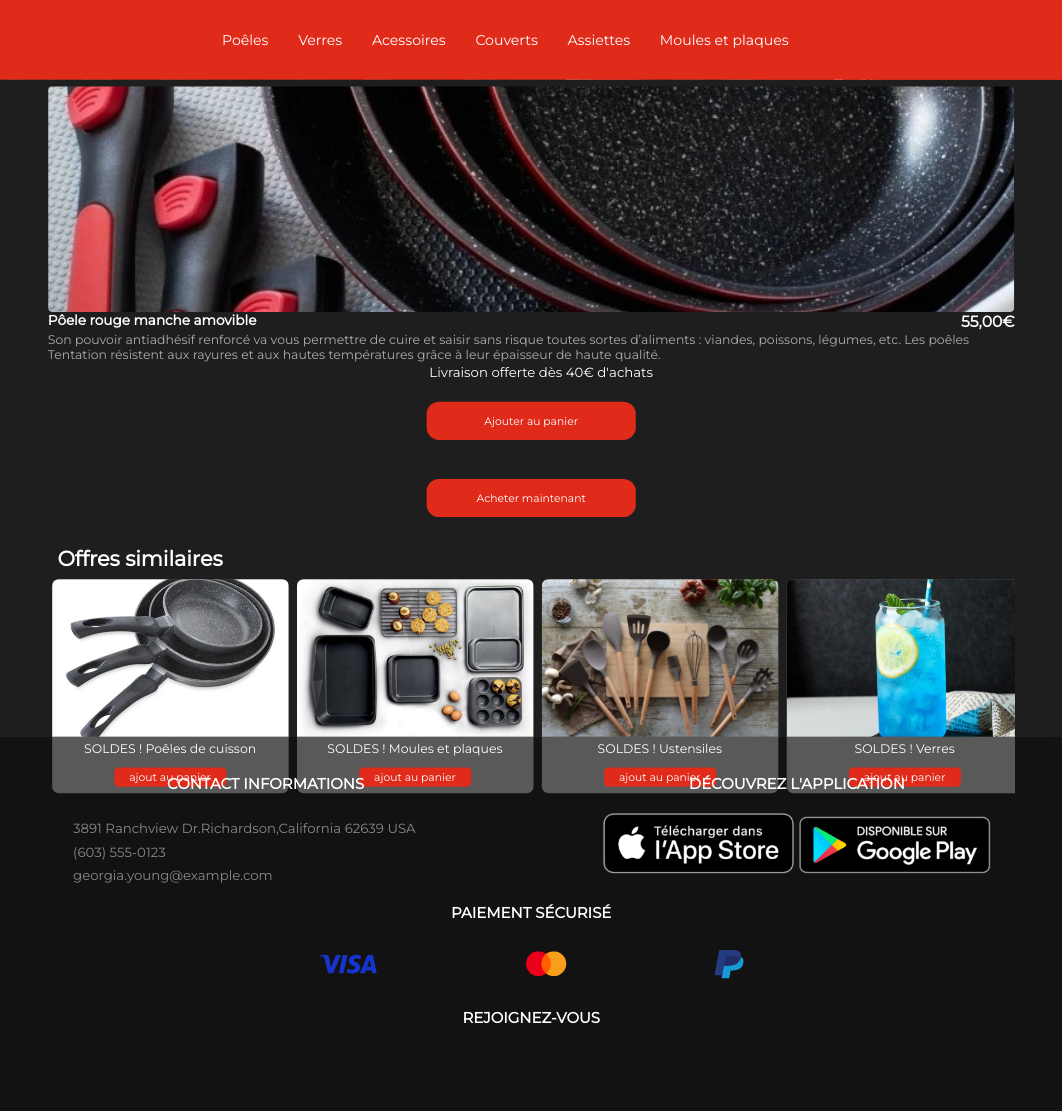
Repository: Juannpl/Luxury-Kicthen
Page: html/page_produits.html
These files come from the project's save history. The page is drawn as it stood at one moment and after a run of saves; the edit follows.
The browser window is 1280 px wide. The pictures show the whole page, at 83% of full size.
Some icons come from a web library that is not loaded, so they are not drawn.

Above is the page before, as saved 2023-02-15 15:26:02.

### html/page_produits.html
<!DOCTYPE html>
<html lang="fr">

<head>
    <meta charset="UTF-8">
    <meta http-equiv="X-UA-Compatible" content="IE=edge">
    <meta name="viewport" content="width=device-width, initial-scale=1.0">

    <link rel="stylesheet" href="../css/page_produits.css">
    <script src="https://unpkg.com/boxicons@2.1.4/dist/boxicons.js"></script>

    <title>Mon Panier</title>
</head>

<body>
    <header class="header">
        <nav class="nav_container row">
            <div class="logo">
                <p>LUXURY KITCHEN</p>
                <box-icon name='chevron-left' type='solid' color='#ffffff' size></box-icon>
            </div>
            <div class="barre_categorie">
                <ul class="row">
                    <li><a href="#">Poêles</a></li>
                    <li><a href="#">Verres</a></li>
                    <li><a href="#">Acessoires</a></li>
                    <li><a href="#">Couverts</a></li>
                    <li><a href="#">Assiettes</a></li>
                    <li><a href="#">Moules et plaques</a></li>
                </ul>
            </div>
            <div class="nav_list">
                <ul class="row">
                    <li class="items_list">
                        <box-icon name='shopping-bag' color='#ffffff' size='1.7rem'></box-icon>
                    </li>
                    <li class="items_list">
                        <box-icon name='user-circle' type='solid' color='#ffffff' size='1.7rem'></box-icon>
                    </li>
                    <a id="openBtn">
                        <li class="items_list">
                            <box-icon name='menu' color='#ffffff' size=2.2rem></box-icon>
                        </li>
                    </a>
                </ul>
            </div>
        </nav>
        <div id="transparent"></div>
        <section id="barre_categorie_mobile">
            <div id="closeBtn">
                <box-icon name='x' color='#ffffff' size='3rem'></box-icon>
            </div>
            <div class="nav_contents row">
                <div>
                    <ul class="row">
                        <li><a href="#">Poêles</a></li>
                        <li><a href="#">Verres</a></li>
                        <li><a href="#">Acessoires</a></li>
                        <li><a href="#">Couverts</a></li>
                        <li><a href="#">Assiettes</a></li>
                        <li><a href="#">Moules et plaques</a></li>
                    </ul>
                </div>
                <div>
                    <p class="opacityy">
                        Devenez membre pour accéder au meilleur des produits.
                    </p>
                </div>
                <div>
                    <button type="button" class="btn-black">Nous rejoindre</button>
                </div>
                <div>
                    <button type="button" class="btn-clear">S'identifier</button>
                </div>
                <div class="items">
                    <div class="roww">
                        <box-icon name='shopping-bag' color='#ffffff' size='1.7rem'></box-icon>
                        <p>Panier</p>
                    </div>
                    <div class="roww">
                        <box-icon type='solid' name='package' color='#ffffff' size='1.7rem'></box-icon>
                        <p>Commande</p>
                    </div>
                    <div class="roww">
                        <box-icon name='user-circle' type='solid' color='#ffffff' size='1.7rem'></box-icon>
                        <p>Mon profil</p>
                    </div>
                </div>
                <div class="reseaux row">
                    <div class="sociaux">
                        <box-icon name='facebook-circle' type='logo' color='#ffffff'></box-icon>
                    </div>
                    <div class="sociaux">
                        <box-icon name='twitter' type='logo' color='#ffffff'></box-icon>
                    </div>
                    <div class="sociaux">
                        <box-icon name='instagram-alt' type='logo' color='#ffffff'></box-icon>
                    </div>
                </div>
            </div>
        </section>
        <!-- FIN DDE LA BARRE DE NAVIGATION MOBILE-->
    </header>
    <main>
        <section class="tout">
            <div class="picture"><img src="../img/poêle/poele1.webp" alt="POÊLE"></div>
            <div class="texte">
                <div class="nom_du_produit">
                    <h3>Pôele rouge manche amovible</h3>
                </div>
                <div class="price">
                    <h3>55,00€</h3>
                </div>
                <div class="descriptif opacityy">
                    Son pouvoir antiadhésif renforcé va vous permettre de cuire et saisir sans risque toutes sortes
                    d’aliments : viandes, poissons, légumes, etc. Les poêles Tentation résistent aux rayures et aux
                    hautes
                    températures grâce à leur épaisseur de haute qualité.
                </div>
            </div>
            <div class="buy">
                <div class="sentence">
                    <box-icon type='solid' name='truck' color="white"></box-icon>
                    <p>Livraison offerte dès 40€ d'achats</p>
                </div>
                <button class="unique">
                    <p>Ajouter au panier</p>
                </button>
                <button class="unique">
                    <p>Acheter maintenant</p>
                </button>
            </div>
            <div class="swipe">
                <div class="titre">
                    <h1>
                        Offres similaires
                    </h1>
                </div>
                <div class="containeer">
                    <div class="card">
                        <div class="controlee">
                            <img src="../img/poêle/poele10.webp" alt="poele" class="top_img">
                        </div>
                        <div class="descr_panier_top">
                            <div class="text_panier">
                                <p>SOLDES ! Poêles de cuisson</p>
                            </div>
                            <div class="panier_prix">
                                <div class="ajout_panier">
                                    <form action="#">
                                        <a href="#"><button type="submit">
                                                <p class="p_botton">ajout au panier</p>
                                            </button></a>
                                    </form>
                                </div>
                            </div>
                        </div>
                    </div>
                    <div class="card">
                        <div class="controlee">
                            <img src="../img/moules/moule1.jpg" alt="poele" class="top_img">
                        </div>
                        <div class="descr_panier_top">
                            <div class="text_panier">
                                <p>SOLDES ! Moules et plaques</p>
                            </div>
                            <div class="panier_prix">
                                <div class="ajout_panier">
                                    <form action="#">
                                        <a href="#">
                                            <button type="submit">
                                                <p class="p_botton">ajout au panier</p>
                                            </button>
                                        </a>
                                    </form>
                                </div>
                            </div>
                        </div>
                    </div>
                    <div class="card">
                        <div class="controlee">
                            <img src="../img/accessoire/accessoire2.webp" alt="poele" class="top_img">
                        </div>
                        <div class="descr_panier_top">
                            <div class="text_panier">
                                <p>SOLDES ! Ustensiles</p>
                            </div>
                            <div class="panier_prix">
                                <div class="ajout_panier">
                                    <form action="#">
                                        <a href="#">
                                            <button type="submit">
                                                <p class="p_botton">ajout au panier</p>
                                            </button>
                                        </a>
                                    </form>
                                </div>
                            </div>
                        </div>
                    </div>
                    <div class="card">
                        <div class="controlee">
                            <img src="../img/verres/verre10.jpg" alt="verre" class="top_img">
                        </div>
                        <div class="descr_panier_top">
                            <div class="text_panier">
                                <p>SOLDES ! Verres</p>
                            </div>
                            <div class="panier_prix">
                                <div class="ajout_panier">
                                    <form action="#">
                                        <a href="#">
                                            <button type="submit">
                                                <p class="p_botton">ajout au panier</p>
                                            </button>
                                        </a>
                                    </form>
                                </div>
                            </div>
                        </div>
                    </div>
                    <div class="card">
                        <div class="controlee">
                            <img src="../img/couverts/couvert1.png" alt="poele" class="top_img">
                        </div>
                        <div class="descr_panier_top">
                            <div class="text_panier">
                                <p>SOLDES ! Couverts</p>
                            </div>
                            <div class="panier_prix">
                                <div class="ajout_panier">
                                    <form action="#">
                                        <a href="#"><button type="submit">
                                                <p class="p_botton">ajout au panier</p>
                                            </button></a>
                                    </form>
                                </div>
                            </div>
                        </div>
                    </div>
                </div>
            </div>
        </section>
    </main>
    <footer>
        <div class="container-footer">
            <div class="container-footer-tablet">
                <div class="contact-infos">
                    <h3>CONTACT INFORMATIONS</h3>
                    <p>
                        <box-icon name='been-here' type='solid' color='#ffffff'></box-icon>3891 Ranchview
                        Dr.Richardson,California 62639 USA
                    </p>
                    <p>
                        <box-icon type='solid' name='phone' color='#ffffff'></box-icon>(603) 555-0123
                    </p>
                    <p>
                        <box-icon type='solid' name='envelope' color='#ffffff'></box-icon>georgia.young@example.com
                    </p>
                </div>
                <div class="download">
                    <h3>DÉCOUVREZ L'APPLICATION</h3>
                    <a href=""><img src="../img/footer/App-Store-picto-300x94.png" class="picto" id="apple"
                            alt="Le pictogramme de l'apple store"></a>
                    <a href=""><img src="../img/footer/Google-Play-picto-300x89.png" class="picto"
                            alt="Le pictogramme de google play"></a>
                </div>
            </div>
            <div class="paiement">
                <h3>PAIEMENT SÉCURISÉ</h3>
                <div class="logos-paiement">
                    <img src="../img/footer/Visa_2021.svg" class="logos" id="visa" alt="Le logo de visa">
                    <img src="../img/footer/Mastercard_2019_logo.svg" class="logos" id="mastercard"
                        alt="Le logo de mastercard">
                    <img src="../img/footer/PayPal_Logo_Icon_2014.svg" class="logos" id="paypal"
                        alt="Le logo de paypal ">
                </div>
            </div>
            <div class="social-media">
                <h3>REJOIGNEZ-VOUS</h3>
                <box-icon name='facebook-circle' type='logo' color='#ff0800'></box-icon>
                <box-icon name='twitter' type='logo' color='#ff0800'></box-icon>
                <box-icon name='instagram-alt' type='logo' color='#ff0800'></box-icon>
            </div>
        </div>
    </footer>
    <script src="../script.js"></script>
</body>

</html>

Loaded but not shown: script.js (19 lines, source omitted); css/page_produits.css (571 lines, source omitted)

After the next 3 saves:
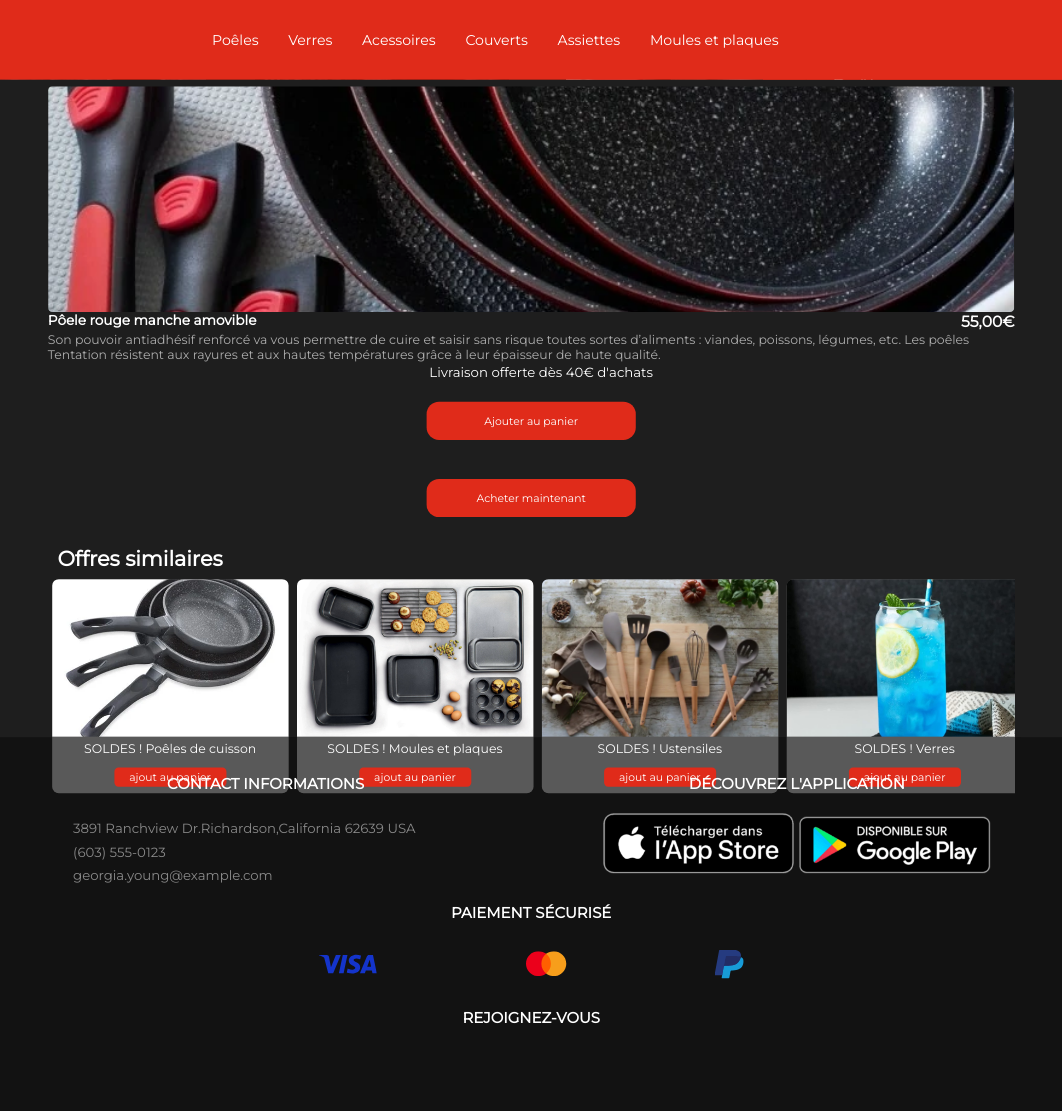
The 3 saves are shown as one change because they came seconds apart.
The last was saved 7 s later.
--- a/html/page_produits.html
+++ b/html/page_produits.html
@@ -17,7 +17,7 @@
         <nav class="nav_container row">
             <div class="logo">
                 <p>LUXURY KITCHEN</p>
-                <box-icon name='chevron-left' type='solid' color='#ffffff' size></box-icon>
+                <box-icon name='chevron-left' type='solid' color='#ffffff' size="l"></box-icon>
             </div>
             <div class="barre_categorie">
                 <ul class="row">

After the 2 saves that followed:
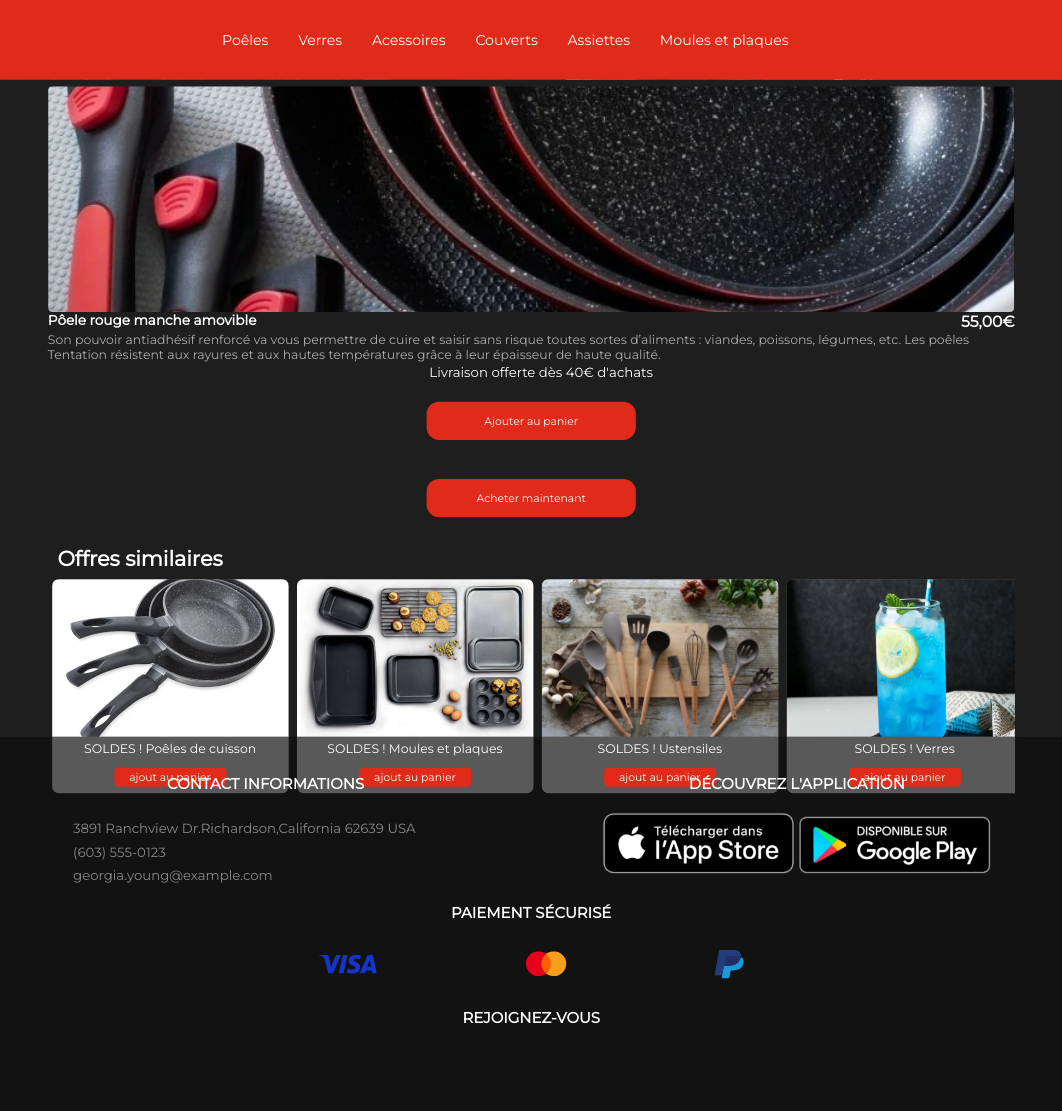
The 2 saves are shown as one change because they came seconds apart.
The last was saved 7 s later.
--- a/html/page_produits.html
+++ b/html/page_produits.html
@@ -17,7 +17,7 @@
         <nav class="nav_container row">
             <div class="logo">
                 <p>LUXURY KITCHEN</p>
-                <box-icon name='chevron-left' type='solid' color='#ffffff' size="l"></box-icon>
+                <box-icon name='chevron-left' type='solid' color='#ffffff' size=""></box-icon>
             </div>
             <div class="barre_categorie">
                 <ul class="row">
